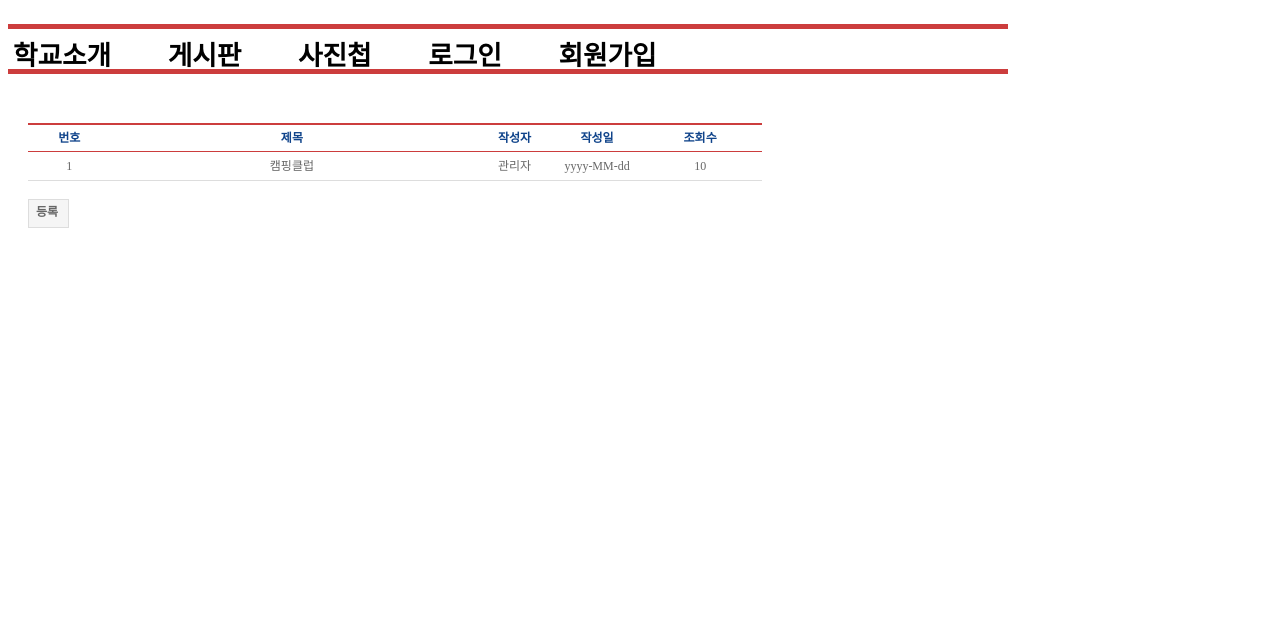
Repository: asaf0813/aisw
Page: java/이클립스/workspace/html/htmltest/WebContent/picture/list.html
The author's editor kept a copy of each file at every save. The page is drawn from the files as they stood at one save, then again after the next save.
The browser window is 1280 px wide. The pictures show the part of the page from y = 158 to 777 px (the page is 777 px tall).

Above is the page before, as saved 2019-10-03 09:17:05.

After the next save:
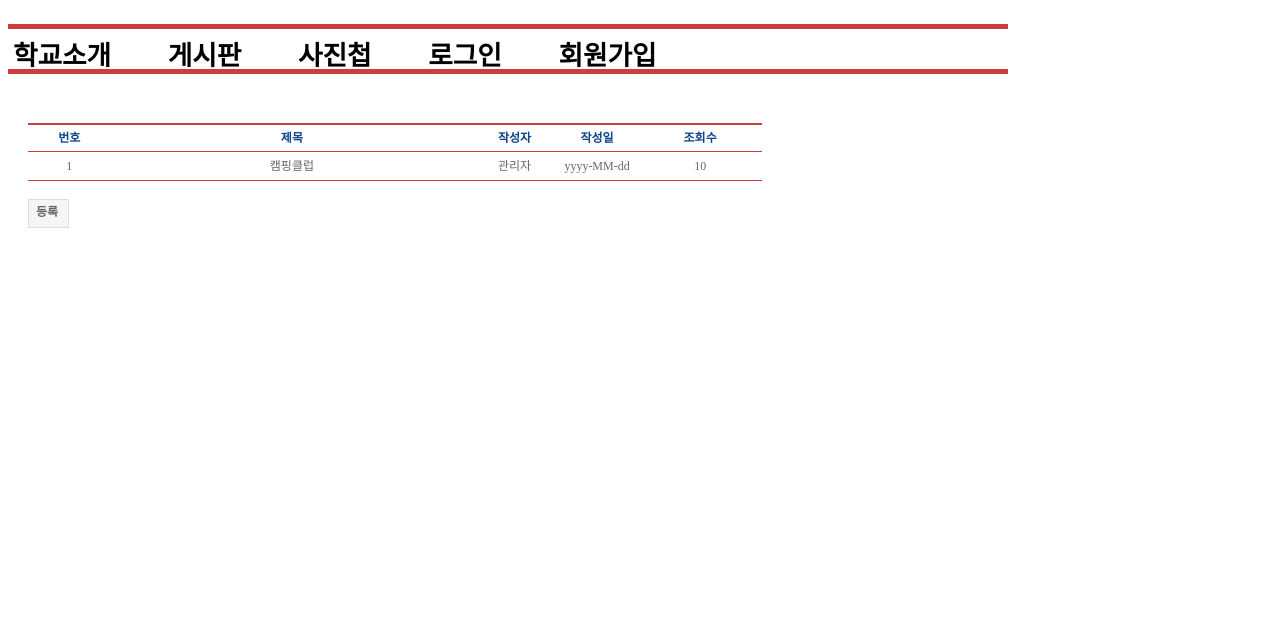
Saved 8 s later.
--- a/java/이클립스/workspace/html/htmltest/WebContent/picture/list.css
+++ b/java/이클립스/workspace/html/htmltest/WebContent/picture/list.css
@@ -70,7 +70,7 @@
 }
 
 .default_tablestyle table td {
-    border-bottom: 1px solid #dddddd;
+    border-bottom: 1px solid #CC3D3D;
     line-height: 28px;
     overflow: hidden;
     padding-left: 0px;
